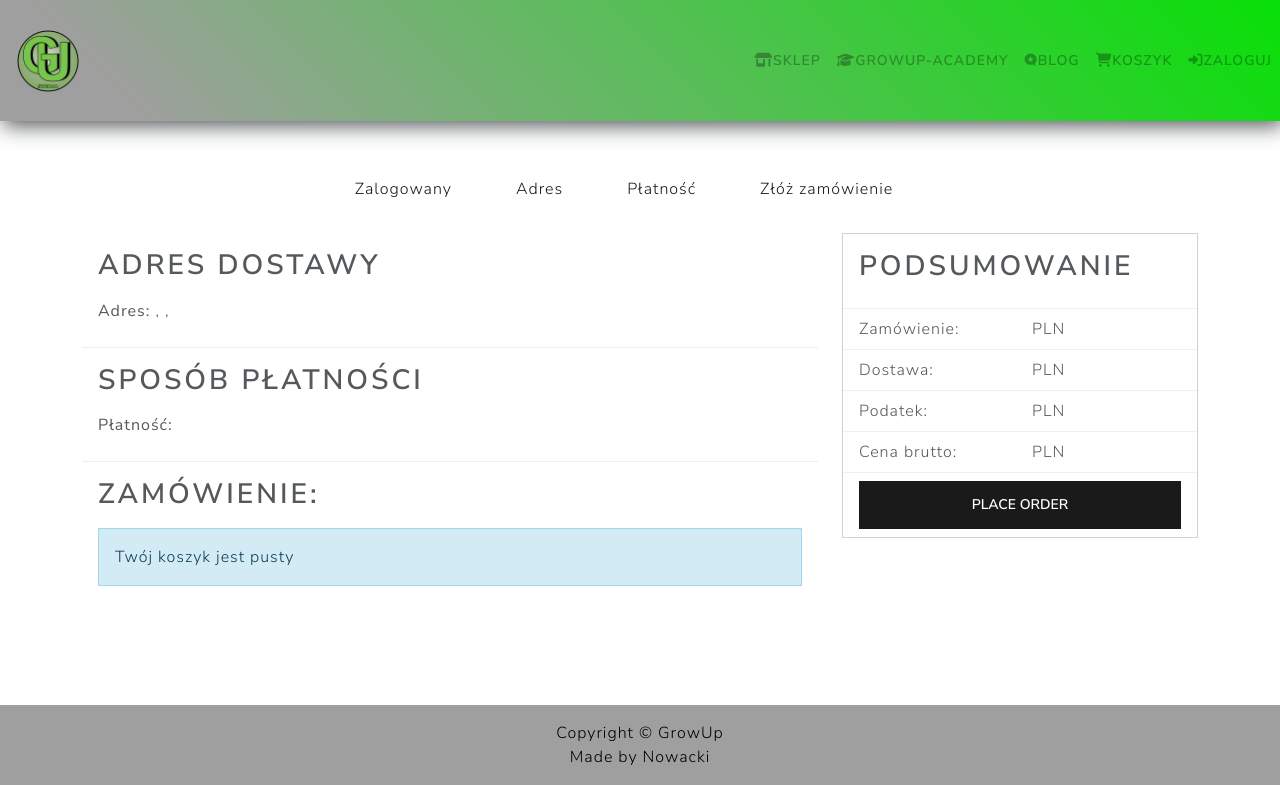
Repository: Nowacki97PL/GrowUpFullStack
Page: /placeorder (app in grow-up-fe/)
These files come from the project's save history. The page is drawn as it stood at one moment and after a run of saves; the edit follows.
The browser window is 1280 px wide. The pictures show the whole page.
The project was rebuilt for these pictures with package versions that can differ from the ones it lists, and the page was loaded fresh each time. Also part of the build but not shown: grow-up-fe/src/components/Rating.js, grow-up-fe/src/components/Product.js, grow-up-fe/src/components/Loader.js, grow-up-fe/src/actions/productActions.js, grow-up-fe/src/screens/ShopScreen.js, grow-up-fe/src/screens/ProductScreen.js, grow-up-fe/src/screens/HomeScreen.js, grow-up-fe/src/actions/cartActions.js and 7 more.

Above is the page before, as saved 2024-02-24 18:10:32.

After the next 2 saves:
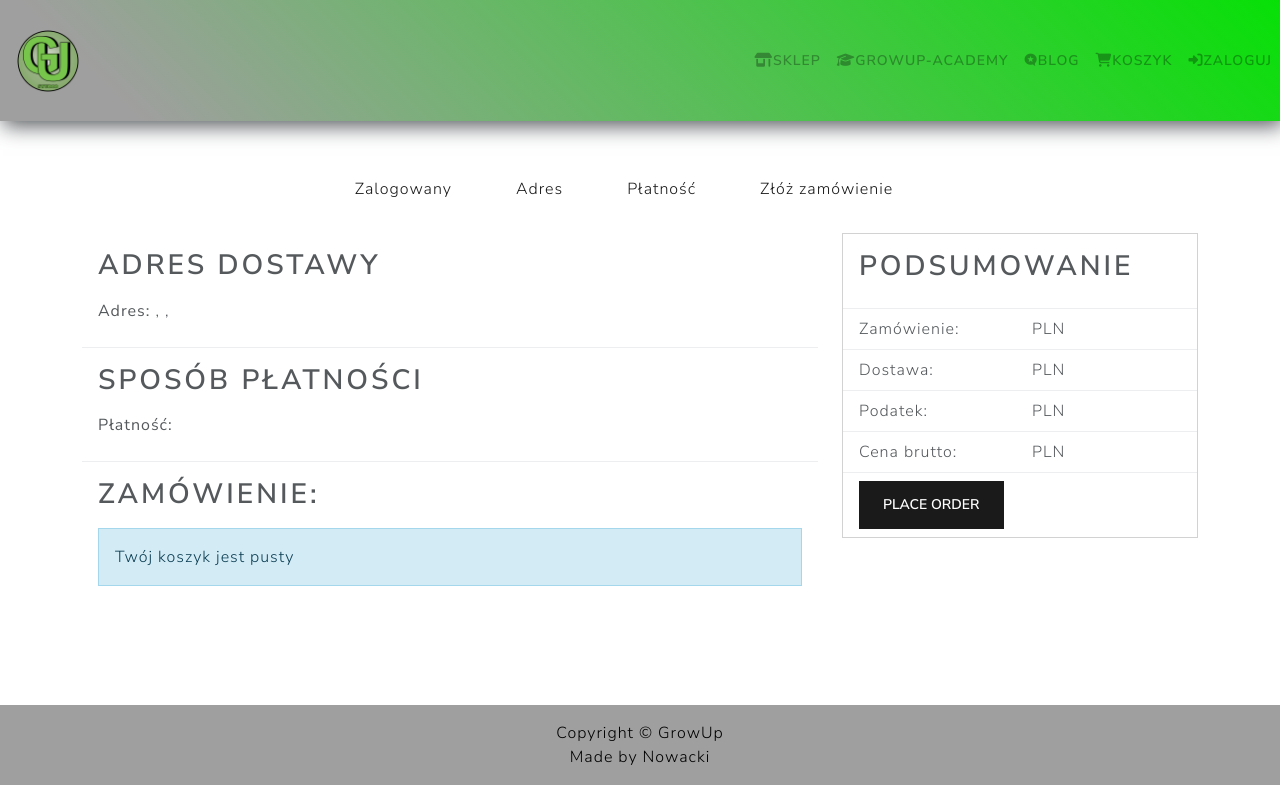
The 2 saves are shown as one change because they came seconds apart.
The last was saved 57 s later.
--- a/grow-up-fe/src/screens/PlaceOrderScreen.js
+++ b/grow-up-fe/src/screens/PlaceOrderScreen.js
@@ -111,7 +111,6 @@ function PlaceOrderScreen() {
                                     <Button
                                         type="button"
                                         className="btn-block"
-                                        id="placeOrderButton"
                                         disabled={cart.cartItems === 0}
                                         onClick={placeOrder}
                                     >
